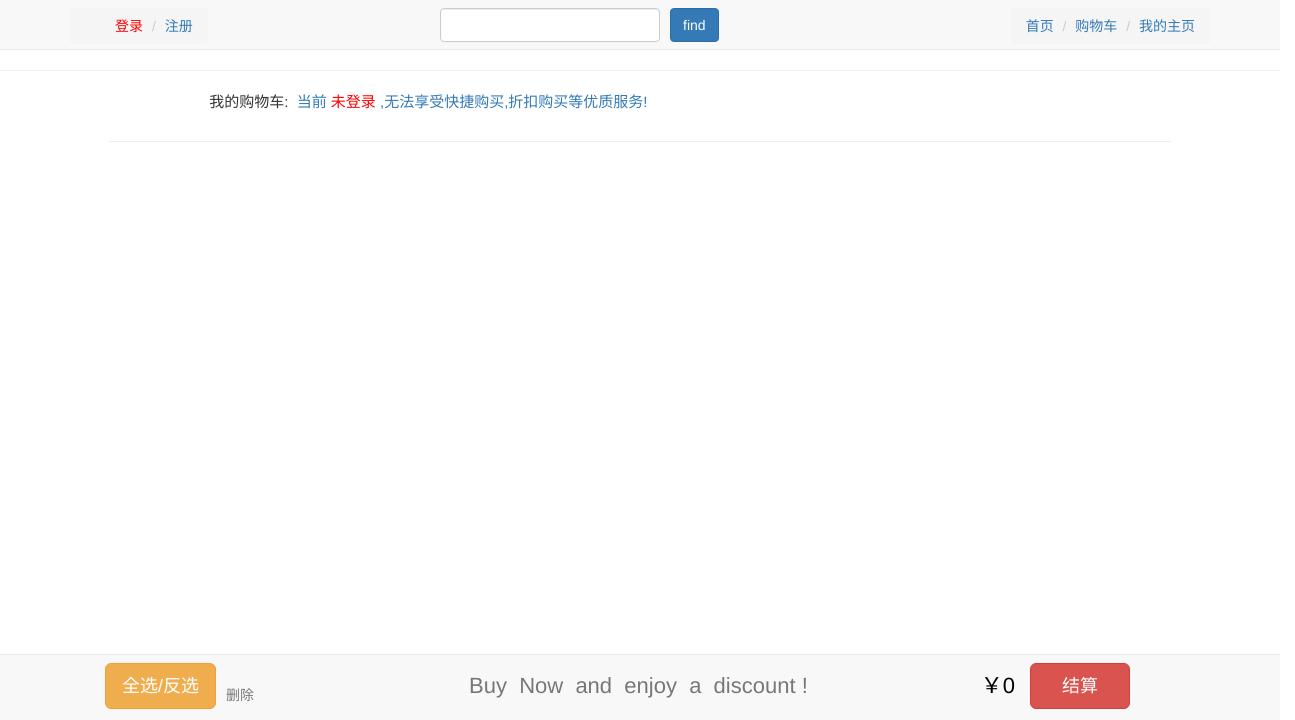
Repository: gaoKuoZqq/ExerciseJavaWebProject
Page: http://localhost/new_mall/WEB-INF/jsp/cart.jsp
An editor plug-in stored every save of this project. The page is shown before and after the next save, followed by the edit.
The browser window is 1280 px wide. The page is 1295 px wide, so the pictures cover 1295 px, including what lies to the right of the window. The pictures show the whole page.
The page is served by Tomcat 9. Nobody is signed in. Other server files are loaded and not shown. The template is opened directly, without the code that normally fills it, so the values that code supplies are empty.

Above is the page before, as saved 2017-10-21 03:26:43.

### new_mall/WebContent/WEB-INF/jsp/cart.jsp
<%@ page language="java" contentType="text/html; charset=utf-8"
    pageEncoding="utf-8"%>
<%@taglib uri="http://java.sun.com/jsp/jstl/core" prefix="c"%>
<%@ taglib uri="http://java.sun.com/jsp/jstl/functions" prefix="fn" %>
<c:set var="ctx" value="${pageContext.request.contextPath}"></c:set>
<!DOCTYPE html PUBLIC "-//W3C//DTD HTML 4.01 Transitional//EN" "http://www.w3.org/TR/html4/loose.dtd">
<html>
<head>
<meta http-equiv="Content-Type" content="text/html; charset=utf-8">
<title>购物车</title>
</head>
<body style="padding-top: 50px;padding-bottom: 70px;">
	<jsp:include page="common.jsp" />
	<hr />
	<div class="row">
		<div class="col-md-1 col-sm-1"></div>
		<div class="col-md-10 col-sm-10">
			<div
				style="height: 30px; font-size: 15px; margin-left: 100px; width: 50%;">
				<span style="float: left;">我的购物车:&nbsp;&nbsp;</span>
				<div style="display: none; float: left" id="prompt">
					<a href="javaScript:openLogin()"> 当前 <span style="color: red">未登录</span>
						,无法享受快捷购买,折扣购买等优质服务!
					</a>
				</div>
			</div>
			<hr />
			<c:forEach items="${cartsList}" var="cart">
				<div class="row" style="height: 150px;" id="cartDiv${cart.id }">
					<input type="hidden" id="stock${cart.id }" value="${cart.product.stock }"/>
					<div class="col-md-1 col-sm-1"
						style="padding-left: 45px; padding-top: 55px;">
						<input onchange="payment()" type="checkbox" value="${cart.id }" name="checkboxItem"/>
					</div>
					<div class="col-md-2 col-sm-2">
						<img src="/pic/${cart.product.main_image }"
							style="height: 150px; width: 100%">
					</div>
					<div class="col-md-3 col-sm-3" style="padding-top: 50px;">
						<a style="display: block; width: 100%;">${cart.product.name }</a>
					</div>
					<div class="col-md-1 col-sm-1"
						style="padding-top: 55px;">
						<p id="price${cart.id }" style="margin: auto;">${cart.product.price }</p>
					</div>
					<div class="col-md-2 col-sm-2" style="padding-top: 47px;">
						<!-- 商品数量选择器 开始 -->
						<div style="width: 120px;">
							<div class="input-group">
								<span class="input-group-btn">
									<button onclick="cutNumber(${cart.id})" class="btn btn-default"
										type="button">-</button>
								</span> <input onblur="modifyNumber(${cart.id})" id="quantityNow${cart.id }"
									class="form-control" value="${cart.quantity }" type="text"/>
								<span class="input-group-btn">
									<button onclick="addNumber(${cart.id})" class="btn btn-default"
										type="button">+</button>
								</span>
							</div>
							<p id="nowStock">库存:${cart.product.stock } 件</p>
						</div>
						<!-- 商品数量选择器 结束 -->
					</div>
					<div class="col-md-1 col-sm-1"
						style="padding-top: 50px;" id="totalPrice${cart.id }">
						${cart.product.price * cart.quantity }</div>
					<div class="col-md-1 col-sm-1"
						style="padding-top: 47px;">
						<input onclick="deleteCart(${cart.id})" type="button" class="btn btn-warning" value="删除" />
					</div>
				</div>
				<hr />
			</c:forEach>
		</div>
		<div class="col-md-2 col-sm-2"></div>
	</div>
	<!-- 底部的导航条开始 -->
	<nav class="navbar navbar-default navbar-fixed-bottom">
		<div class="container">
			<button onclick="modifyCheckboxsStatus()" type="button" class="btn btn-warning btn-lg"
				style="float:left;margin-top:8px;margin-left:35px;">全选/反选</button>
			<a href="javaScript:deleteCarts()" class="navbar-text" style="float:left;margin-left:10px;margin-top:30px;">删除</a>
			<p class="navbar-text" style="font-size:22px;margin-left:200px;">
				Buy&nbsp;&nbsp;Now&nbsp;&nbsp;and&nbsp;&nbsp;enjoy&nbsp;&nbsp;a&nbsp;&nbsp;discount&nbsp;!
			</p>
			<button type="button" class="btn btn-danger btn-lg"
				style="float:right;margin-right:80px;margin-top:8px;width:100px;">结算</button>
			<p id="payment" class="navbar-text" style="font-size:22px; float:right; color:black;">￥0.0</p>
		</div>
	</nav>
	<!-- 底部的导航条结束 -->
</body>
<script type="text/javascript">
	$(document).ready(function(){
		if('${user}' == ""){
			$("#prompt").css('display','block');
		}
	})

	function cutNumber(cart_id){
		var number = parseInt($("#quantityNow"+cart_id).val());
		if(number >= 2){
			modifyCartQuantity(cart_id,number - 1);
		}
	}

	function addNumber(cart_id){
		var number = parseInt($("#quantityNow"+cart_id).val());
		var stock = parseInt($("#stock"+cart_id).val());
		if(number < stock){
			modifyCartQuantity(cart_id,number + 1);
		}
	}

	function modifyNumber(cart_id){
		var stock = parseInt($("#stock"+cart_id).val());
		var number = parseInt($("#quantityNow"+cart_id).val());
		if(!isNaN(number) && number < stock && number > 0){
			modifyCartQuantity(cart_id,number);
		}else{
			 layer.msg("数量不合法");
			 $("#quantityNow"+cart_id).val(1);
		}
	}

	function modifyTotalPrice(cart_id,number){
		var price = parseFloat($("#price"+cart_id).html());
		$("#totalPrice"+cart_id).html(price * number);
	}

	function payment(){
		var obj=document.getElementsByName('checkboxItem');
		var sum = 0;
		for(var i=0; i<obj.length; i++){
			if(obj[i].checked){
				sum = parseFloat($("#totalPrice"+obj[i].value)[0].innerHTML) + parseFloat(sum);
			}
		}
		$("#payment").html("￥"+sum);
	}

	$(document).ready(payment());

	function modifyCheckboxsStatus(){
		var obj=document.getElementsByName('checkboxItem');
		var j = 0;
		for(var i=0; i<obj.length; i++){
			if(!obj[i].checked){
				j = j + 1;
			}
		}
		if(j == 0){
			$("[name='checkboxItem']").prop("checked",false);//反选
		}else{
			$("[name='checkboxItem']").prop("checked",true);//全选
		}
		payment();
	}

	function modifyCartQuantity(cart_id,quantity){
		var options = {
				url : '${ctx}/cart/modifyQuantity.shtml',
				type : 'post',
				dataType : 'json',
				data : {
					"id" : cart_id,
					"quantity" : quantity
				},
				error : function (){
					layer.msg("无法预知的错误");
				},
				success : function (news){
					if(!news){
						layer.msg("操作失败");
					}else{
						$("#quantityNow"+cart_id).val(quantity);
						modifyTotalPrice(cart_id,quantity);
						payment();
					}
				}
		}
		$.ajax(options);
	}

	function deleteCart(cart_id){
		var options = {
				url : '${ctx}/cart/delete.shtml',
				type : 'post',
				dataType : 'json',
				data : {"ids" : cart_id},
				error : function(){
					layer.msg("操作失败");
				},
				success : function (news){
					if(!news){
						layer.msg("操作失败");
					}else{
						$("#cartDiv"+cart_id).remove();
						payment();
					}
				}
		}
		$.ajax(options);
	}

	function deleteCarts(){
		var obj=document.getElementsByName('checkboxItem');
		var sum = "";
		for(var i=0; i<obj.length; i++){
			if(obj[i].checked){
				sum = sum + obj[i].value + " ";
			}
		}
		if(sum == ""){
			layer.msg("没有任何一条被选择的记录");
			return;
		}
		var options = {
				url : '${ctx}/cart/delete.shtml',
				type : 'post',
				dataType : 'json',
				data : {"ids" : sum},
				error : function(){
					layer.msg("操作失败");
				},
				success : function (news){
					if(!news){
						layer.msg("操作失败");
					}else{
						var length = obj.length;
						for(var i=0; i<length;){
							if(obj[i].checked){
								$("#cartDiv"+obj[i].value).remove();
							}else{
								i  = i + 1;
							}
						}
						payment();
					}
				}
		}
		$.ajax(options);
	}
</script>
</html>

### new_mall/WebContent/WEB-INF/jsp/common.jsp
<%@ page language="java" contentType="text/html; charset=utf-8"
    pageEncoding="utf-8"%>
<%@ page import="com.mall.*" %>
<%@page import="java.util.*"%>
<%@taglib uri="http://java.sun.com/jsp/jstl/core" prefix="c"%>
<c:set var="ctx" value="${pageContext.request.contextPath}"></c:set>
<!DOCTYPE html PUBLIC "-//W3C//DTD HTML 4.01 Transitional//EN" "http://www.w3.org/TR/html4/loose.dtd">
<html>
<head>
<meta http-equiv="Content-Type" content="text/html; charset=utf-8">
	<link href="${ctx }/resource/lib/bootstrap.min.css" rel="stylesheet" type="text/css" />
	<script src="${ctx }/resource/lib/jquery-3.2.1.min.js"></script>
	<script src="${ctx }/resource/lib/layer-v3.1.0/layer/layer.js"></script>
	<script src="${ctx }/resource/lib/bootstrap.min.js"></script>
</head>
<body>
	<nav class="navbar navbar-default navbar-fixed-top">
		<div class="container" style="height: 30px; margin: 8px auto 0px;">
			<ol class="breadcrumb" style="margin-top: 7px;  margin: auto; float: left;">
			<c:if test="${empty user }">
				<li style=";margin-left: 30px;"><a style="color:red" href="javaScript:openLogin()">登录</a></li>
				<li><a href="javaScript:openGoAddUser()">注册</a></li>
			</c:if>
			<c:if test="${not empty user }">
				<li><a style="color:red">${user.username }</a></li>
				<li><a href="javaScript:logOut()">注销</a></li>
			</c:if>
			</ol>
			<div style="position:absolute;left:50%;margin-left:-200px">
				<form action="${ctx }/product/find.shtml" method="post">
					<input type="hidden" name="product.category_id" value="${pageBean.product.category_id }"/>
					<input type="text" class="form-control" style="width:220px;float:left;"
						name="product.name" value="${pageBean.product.name }"/>
					<input class="btn btn-primary" type="submit"
						style="float:left;margin-left:10px;" value="find"/>
				</form>
			</div>
			<ol class="breadcrumb" style="margin-top: 7px;  margin: auto; float: right;">
				<li><a href="${ctx }/home/gohome.shtml">首页</a></li>
				<li><a href="${ctx }/cart/gocart.shtml">购物车</a></li>
				<li><a href="#">我的主页</a></li>
			</ol>
		</div>
	</nav>
</body>
<script>
    function openLogin(){
        layer.open({
            type:2,//（iframe层）
            title:'用户登录',
            area: ['350px', '300px'],
            offset: '50px',//只定义top坐标，水平保持居中
            content:"${ctx}/user/gologin.shtml"
        });
    }

    function openGoAddUser(){
        layer.open({
            type:2,//（iframe层）
            title:'用户登录',
            area: ['350px', '550px'],
            offset: '50px',//只定义top坐标，水平保持居中
            content:"${ctx}/user/goadd.shtml"
        });
    }

    function logOut(){
    	$.ajax(
    		"${ctx}/user/logout.shtml",
    	)
    	window.location.reload();
    }
</script>
</html>

Loaded but not shown: new_mall/WebContent/resource/lib/bootstrap.min.css (library); new_mall/WebContent/resource/lib/jquery-3.2.1.min.js (library); new_mall/WebContent/resource/lib/layer-v3.1.0/layer/layer.js (library); new_mall/WebContent/resource/lib/bootstrap.min.js (library); new_mall/WebContent/resource/lib/layer-v3.1.0/layer/theme/default/layer.css (library)

After the next save:
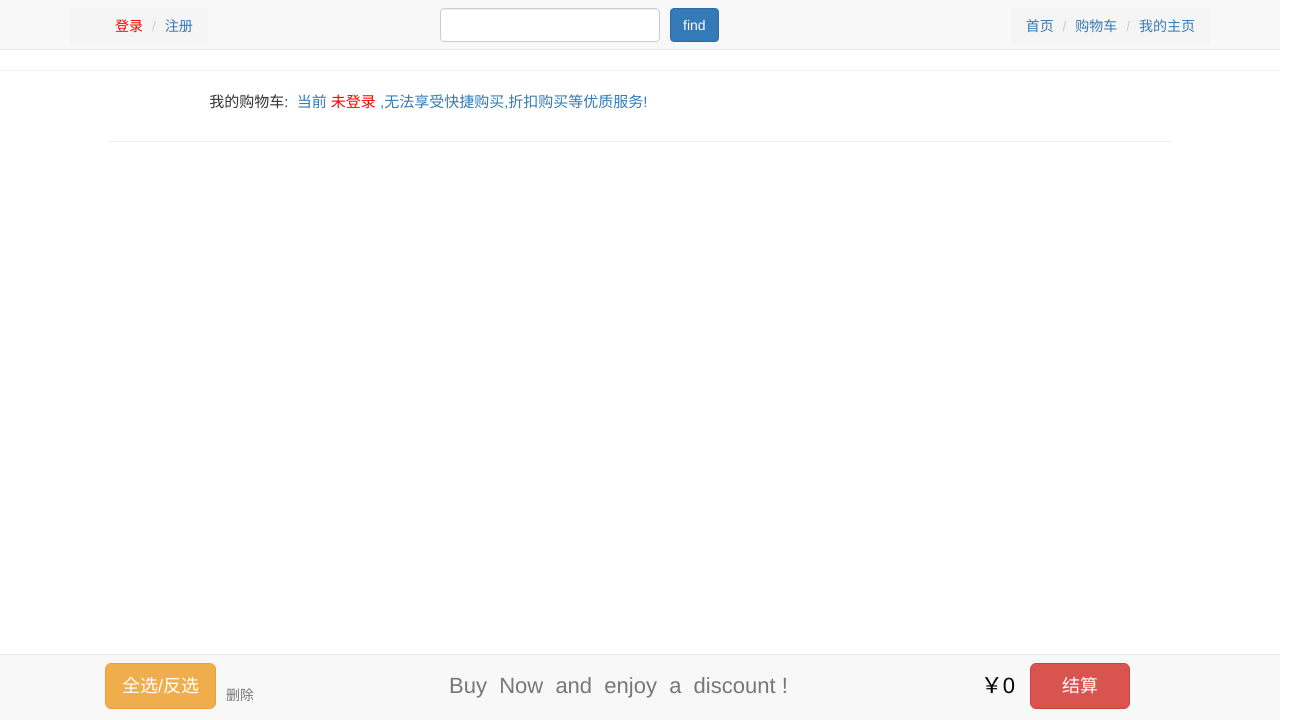
Saved 3 min 20 s later.
--- a/new_mall/WebContent/WEB-INF/jsp/cart.jsp
+++ b/new_mall/WebContent/WEB-INF/jsp/cart.jsp
@@ -80,7 +80,7 @@
 			<button onclick="modifyCheckboxsStatus()" type="button" class="btn btn-warning btn-lg"
 				style="float:left;margin-top:8px;margin-left:35px;">全选/反选</button>
 			<a href="javaScript:deleteCarts()" class="navbar-text" style="float:left;margin-left:10px;margin-top:30px;">删除</a>
-			<p class="navbar-text" style="font-size:22px;margin-left:200px;">
+			<p class="navbar-text" style="font-size:22px;margin-left:180px;">
 				Buy&nbsp;&nbsp;Now&nbsp;&nbsp;and&nbsp;&nbsp;enjoy&nbsp;&nbsp;a&nbsp;&nbsp;discount&nbsp;!
 			</p>
 			<button type="button" class="btn btn-danger btn-lg"
